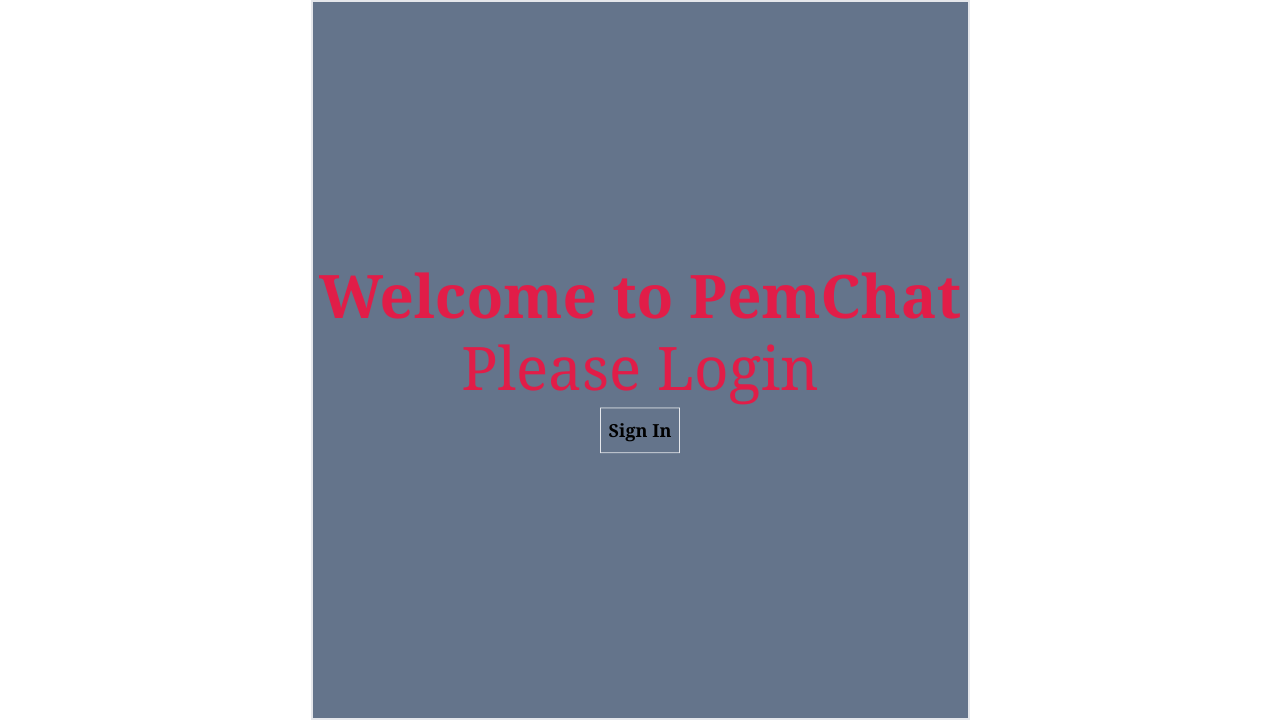
Repository: Semanmernstack/chat-mini
Page: /
These files come from the project's save history. The page is drawn as it stood at one moment and after the next save; the edit follows.
The browser window is 1280 px wide. The pictures show the whole page.
The project was rebuilt for these pictures with package versions that can differ from the ones it lists, and the page was loaded fresh each time. Also part of the build but not shown: src/SidebarList.js, src/Sidebar.js, src/BodyHeader.js, src/Message.js, src/Body.js.

Above is the page before, as saved 2022-11-16 08:15:25.

After the next save:
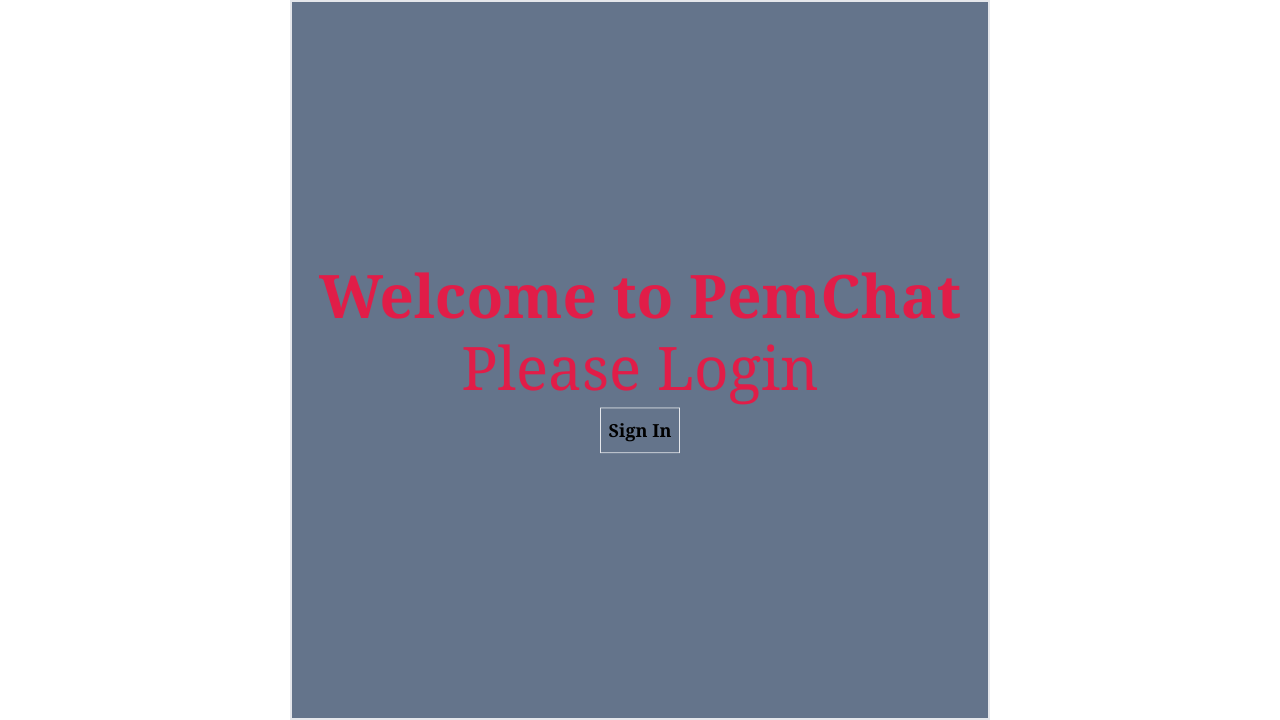
Saved 12 s later.
--- a/src/App.js
+++ b/src/App.js
@@ -31,7 +31,7 @@ function App() {
 
   return (
 
-    <div className="flex  items-center overflow-hidden  overflow-y-hidden    h-screen  max-w-[659px]    mx-auto border-2">
+    <div className="flex  items-center overflow-hidden  overflow-y-hidden    h-screen  max-w-[700px]    mx-auto border-2">
 
        {user ? (
         <>
